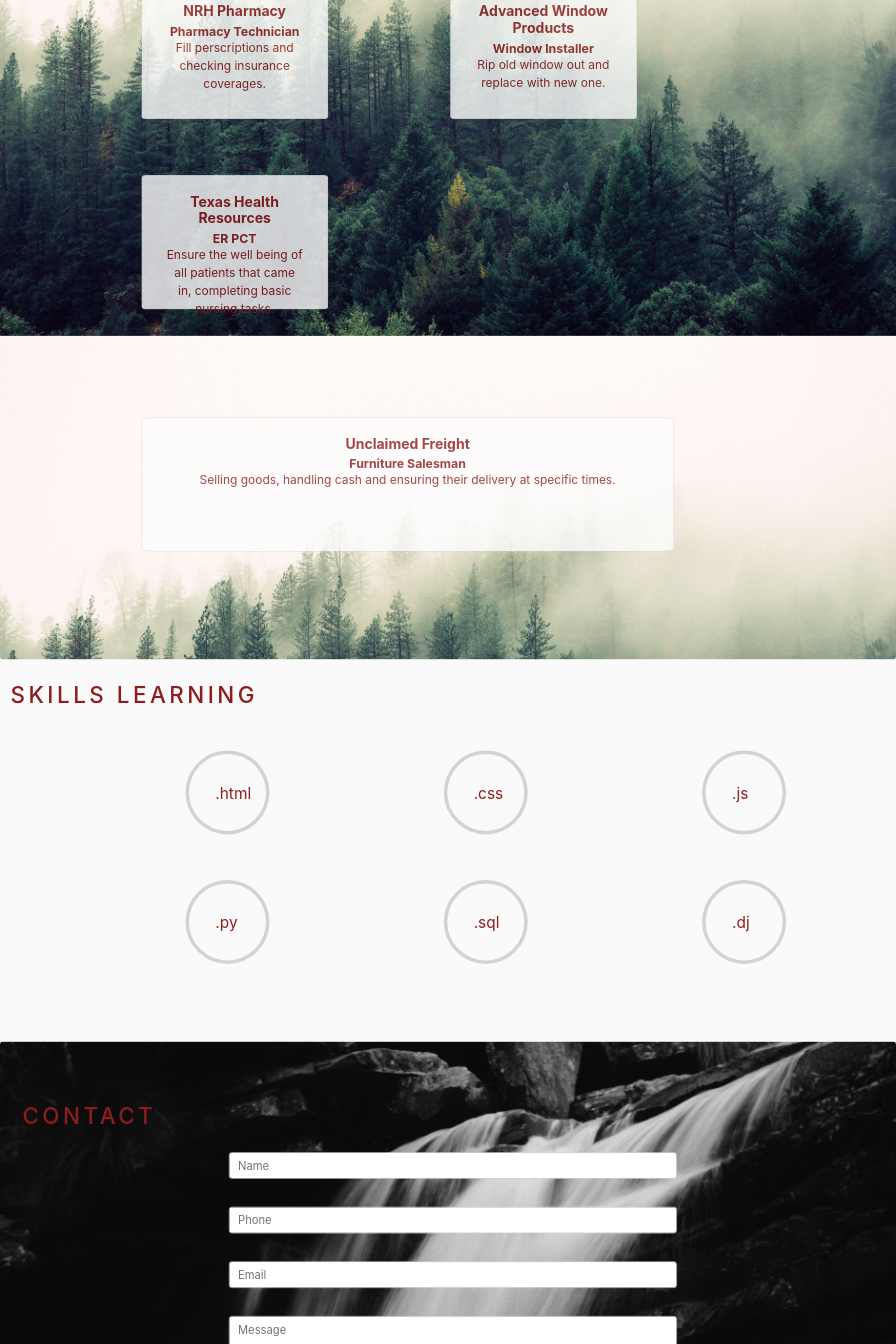
Repository: sshields9591/user-centric-project
Page: index.html
The author's editor kept a record of every edit. The page is drawn from the files as they stood at one moment, then again after the next edit.
The browser window is 1280 px wide. The pictures show the part of the page from y = 1560 to 3480 px (the page is 3962 px tall before and 4111 px after), at 70% of full size.
Backgrounds fixed to the window are drawn as part of the page. Some web libraries are served in a nearby version.

Above is the page before.

### index.html
<!DOCTYPE html>
<html lang="en">

<head>


    <meta charset="UTF-8">
    <meta name="viewport" content="width=device-width, initial-scale=1.0">
    <meta http-equiv="X-UA-Compatible" content="ie=edge">
    <link rel="stylesheet" href="https://maxcdn.bootstrapcdn.com/bootstrap/4.1.3/css/bootstrap.min.css">
    <link rel="stylesheet" href="https://use.fontawesome.com/releases/v5.11.1/css/all.css" integrity="sha384-IT8OQ5/IfeLGe8ZMxjj3QQNqT0zhBJSiFCL3uolrGgKRuenIU+mMS94kck/AHZWu" crossorigin="anonymous">
    <link href="https://fonts.googleapis.com/css?family=Roboto:400,700&display=swap" rel="stylesheet">
    <link rel="stylesheet" href="style.css" type="text/css" />

    <title>Steven Shields Portfolio</title>


</head>


<body>


    <!-------JUMBOTRON / NAVBAR------->


    <div class="jumbotron" id="landing-view">
        <div class="container-fluid">
            <div class="container">
                <nav class="navDefault">
                    <div class="dropdown">
                        <button>Explore</button>
                        <ul class="dropdownMenu">
                            <li class="dropdownItem"><a href="#" class="dropdownLink">About</a></li>
                            <li class="dropdownItem"><a href="#" class="dropdownLink">Work</a></li>
                            <li class="dropdownItem"><a href="#" class="dropdownLink">Skills</a></li>
                            <li class="dropdownItem"><a href="#" class="dropdownLink">Contact</a></li>
                        </ul>
                    </div>
                </nav>
            </div>
            <div class="container top">
                <br>
                <br>
                <br>
                <h1 class="name">Steven Shields</h1>
                <p class="title">Full-Stack Software Developer</p>
            </div>
        </div>
    </div>


    <!-------ABOUT ME------->


    <div id="about-me">
        <div class="container-fluid">
            <div class="row about-row" id="about">
                <br>
                <br>
                <h2>About</h2>
            </div>
            <div class="col">
                <p class="about-p">
                    I am currently an accountant for San Saba Construction doing AR and AP duties. I submit payment applications each month to our customers that we do work with, make sure each of our vendors are paid each month to prevent lien notices from going out on a job which will prohibit any further production of the specific job.
                </p>
                <br>
                <p class="about-p">
                    I am also a student at the Code Institute, learning how to develop and design webpages.
                </p>
                <br>
                <p class="about-p">
                    My plans are to be able to work remotely and have the skills needed to develop and design webpages for companies and individuals.
                </p>
                <br>
                <br>
                <br>
            </div>
        </div>
    </div>


    <!-------WORK------->


    <div class="jumbotron" id="work">
        <div class="container-fluid card-container">
            <div class="col col-md-3 project-cards">
                <div class="card">
                    <div class="card-body">
                        <h5 class="card-title">San Saba Construction</h5>
                        <h6 class="card-subtitle">Accountant</h6>
                        <p class="card-text">Accounts Recieveable and Payable.</p>
                    </div>
                </div>
            </div>
            <div class="col col-md-3 project-cards">
                <div class="card">
                    <div class="card-body">
                        <h5 class="card-title">Code Institute</h5>
                        <h6 class="card-subtitle">Student</h6>
                        <p class="card-text">Learning the skils to develop and design webpages.</p>
                    </div>
                </div>
            </div>
            <div class="col col-md-3 project-cards">
                <div class="card">
                    <div class="card-body">
                        <h5 class="card-title">NRH Pharmacy</h5>
                        <h6 class="card-subtitle">Pharmacy Technician</h6>
                        <p class="card-text">Fill perscriptions and checking insurance coverages.</p>
                    </div>
                </div>
            </div>
            <div class="col col-md-3 project-cards">
                <div class="card">
                    <div class="card-body">
                        <h5 class="card-title">Advanced Window Products</h5>
                        <h6 class="card-subtitle">Window Installer</h6>
                        <p class="card-text">Rip old window out and replace with new one.</p>
                    </div>
                </div>
            </div>
            <div class="col col-md-3 project-cards">
                <div class="card">
                    <div class="card-body">
                        <h5 class="card-title">Texas Health Resources</h5>
                        <h6 class="card-subtitle">ER PCT</h6>
                        <p class="card-text">Ensure the well being of all patients that came in, completing basic nursing tasks.</p>
                    </div>
                </div>
            </div>
            <div class="col col-md-8 project-cards">
                <div class="card">
                    <div class="card-body">
                        <h5 class="card-title">Unclaimed Freight</h5>
                        <h6 class="card-subtitle">Furniture Salesman</h6>
                        <p class="card-text">Selling goods, handling cash and ensuring their delivery at specific times.</p>
                    </div>
                </div>
            </div>
        </div>
    </div>


    <!-------SKILLS------->


    <div class="skills-section" id="skills">
        <div class="container-fluid">
            <div class="row skills-row">
                <br>
                <br>
                <h2>Skills Learning</h2>
            </div>
            <div class="contianer skills-inner">
                <div class="col col-md-3 skill-circle">
                    <div class="arc-container">
                        <div class="arc-overlay">
                            <p class="html">.html</p>
                        </div>
                        <div class="arc-wrapper">
                        </div>
                    </div>
                </div>
                <div class="col col-md-3 skill-circle">
                    <div class="arc-container">
                        <div class="arc-overlay">
                            <p class="css">.css</p>
                        </div>
                        <div class="arc-wrapper">
                        </div>
                    </div>
                </div>
                <div class="col col-md-3 skill-circle">
                    <div class="arc-container">
                        <div class="arc-overlay">
                            <p class="js">.js</p>
                        </div>
                        <div class="arc-wrapper">
                        </div>
                    </div>
                </div>
                <div class="col col-md-3 skill-circle">
                    <div class="arc-container">
                        <div class="arc-overlay">
                            <p class="py">.py</p>
                        </div>
                        <div class="arc-wrapper">
                        </div>
                    </div>
                </div>
                <div class="col col-md-3 skill-circle">
                    <div class="arc-container">
                        <div class="arc-overlay">
                            <p class="sql">.sql</p>
                        </div>
                        <div class="arc-wrapper">
                        </div>
                    </div>
                </div>
                <div class="col col-md-3 skill-circle">
                    <div class="arc-container">
                        <div class="arc-overlay">
                            <p class="django">.dj</p>
                        </div>
                        <div class="arc-wrapper">
                        </div>
                    </div>
                </div>
            </div>
        </div>
    </div>


    <!-------CONTACT------->


    <div class="jumbotron" id="contact">
        <div class="container-fluid">
            <div class="col contact-form">
                <br>
                <h2 class="contact-head" id="contact-head">Contact</h2>
                <br>
                <form class="contact">
                    <div class="row">
                        <div class="form-group">
                            <input type="text" class="form-control" id="exampleInputName" name="Name" placeholder="Name" required/>
                        </div>
                    </div>
                    <br>
                    <div class="row">
                        <div class="form-group">
                            <input type="text" class="form-control" id="exampleInputPhone" name="Phone" placeholder="Phone">
                        </div>
                    </div>
                    <br>
                    <div class="row">
                        <div class="form-group">
                            <input type="email" class="form-control" id="exampleInputEmail1" name="Email" placeholder="Email" required>
                        </div>
                    </div>
                    <br>
                    <div class="row">
                        <div class="form-group message">
                            <textarea class="form-control" name="message" rows="6" placeholder="Message" required></textarea>
                        </div>
                    </div>
                    <br>
                    <input type="submit" value="Send" class="btn btn-default">
                </form>
            </div>
        </div>
    </div>


    <!-------FOOTER------->


    <footer>
        <div class="container-fluid">
            <div class="row foot">
                <div class="col icons">
                    <a href="https://www.linkedin.com/in/steven-shields-64689118a/"><i class="fab fa-linkedin-in alignment"></i></a>
                    <a href="https://www.github.com/sshields9591"><i class="fab fa-github alignment"></i></a>
                    <a href="resume.docx"><i class="fas fa-file-download alignment"></i></a>
                    <a href="#" style='padding-right: 0px'><i class="fab fa-facebook alignment"></i></a>
                </div>
            </div>
        </div>
    </footer>


    <!-------------->


    <script src="https://code.jquery.com/jquery-3.2.1.slim.min.js" integrity="sha384-KJ3o2DKtIkvYIK3UENzmM7KCkRr/rE9/Qpg6aAZGJwFDMVNA/GpGFF93hXpG5KkN" crossorigin="anonymous"></script>
    <script src="https://cdnjs.cloudflare.com/ajax/libs/popper.js/1.12.9/umd/popper.min.js" integrity="sha384-ApNbgh9B+Y1QKtv3Rn7W3mgPxhU9K/ScQsAP7hUibX39j7fakFPskvXusvfa0b4Q" crossorigin="anonymous"></script>
    <script src="https://maxcdn.bootstrapcdn.com/bootstrap/4.0.0/js/bootstrap.min.js" integrity="sha384-JZR6Spejh4U02d8jOt6vLEHfe/JQGiRRSQQxSfFWpi1MquVdAyjUar5+76PVCmYl" crossorigin="anonymous"></script>



</body>


</html>

### style.css
body {
    background-color: #fafafa;
    color: #8e1c1c;
}


/*-------NAVBAR-------*/

.navDefault {
    position: fixed;
    top: 0;
    right: 0;
    background-color: transparent;
}

button {
    border: none;
    background-color: #8e1c1c;
    width: 100px;
    height: 50px;
    color: #fff;
    text-transform: uppercase;
    cursor: pointer;
}

.dropdownMenu {
    list-style: none;
    margin: 0;
    padding: 0;
    position: absolute;
    left: 0;
    right: 0;
    top: 50;
    z-index: -1;
    width: 100px;
    box-shadow: 0px 6px 10px 0px rgba(0, 0, 0, 0.2);
    text-align: center;
    transform: translateY(-100%);
    transition: transform .5s ease-in-out;
}

.dropdownLink {
    text-decoration: none;
    display: block;
    background-color: #fafafa;
    color: #8e1c1c;
    padding: 10px 5px;
    transition: background-color .5s ease-in-out, color .5s ease-in-out;
}

.dropdownLink:hover {
    color: #fff;
    background-color: #8e1c1c;
}

.dropdown {
    width: 100px;
    position: relative;
}

.dropdown:hover button {
    background-color: #8e1c1c;
}

.dropdown:hover .dropdownMenu {
    transform: translateY(0);
}


/*-------JUMBOTRON-------*/

#landing-view {
    background-image: url(images/landing.jpg);
    background-attachment: fixed;
    background-position: center;
    background-size: cover;
    height: 100vh;
    background-repeat: no-repeat;
}

.top {
    padding-left: 12px;
    text-align: center;
}

h1 {
    padding-top: 5%;
    font-size: 5em;
}

.jumbotron p {
    font-size: 2.5em;
}


/*-------ABOUT ME-------*/

.about-row {
    padding-top: 10px;
    font-size: 1.75em;
    line-height: 2;
}

h2 {
    margin-left: 15px;
    letter-spacing: 5px;
    text-transform: uppercase;
}

.about-p {
    font-size: 1.2em;
}


/*-------WORK-------*/

#work {
    background-image: url(images/tree-fog.jpg);
    background-attachment: fixed;
    background-position: center;
    background-repeat: no-repeat;
    background-size: cover;
    padding-top: 40px;
    padding-bottom: 40px;
}

.project-cards {
    display: inline-table;
    justify-content: center;
    align-items: center;
}

.card {
    background-color: #fdfdfd;
    border-radius: 2.5%;
    height: 16em;
    top: 50%;
    margin: 15% auto;
    padding: 15px;
    align-items: center;
    z-index: 2;
    display: block;
    opacity: 0.8;
}

.card-body {
    text-align: center;
    padding-top: 10px;
}

.card-title {
    font-size: 1.25em;
    font-weight: bold;
}

.card-subtitle {
    font-size: 1.1em;
    font-weight: bold;
}

.card-body .card-text {
    font-size: 1.07em;
}


/*-------SKILLS-------*/

#skills {
    position: relative;
    top: 12%;
    padding-bottom: 96px;
}

.skills {
    margin-top: 70px;
}

.skills-inner {
    margin-left: 30px;
}

.skill-circle {
    display: inline-table;
    margin-bottom: 55px;
    padding-left: 18%;
}

.arc-wrapper {
    width: 120px;
    height: 120px;
    border-radius: 150px;
    background: #d3d3d3;
    overflow: hidden;
    left: 0px;
    top: 50px;
    position: absolute;
}

.arc-overlay {
    width: 110px;
    height: 110px;
    background-color: #fafafa;
    padding-left: 20px;
    padding-top: 6px;
    box-sizing: border-box;
    -moz-box-sizing: border-box;
    line-height: 100px;
    font-weight: 400;
    text-shadow: 0 1px 0 #fff;
    font-size: 22px;
    border-radius: 100px;
    position: absolute;
    z-index: 5;
    top: 55px;
    left: 5px;
}

.arc-container {
    position: relative;
    height: 130px;
    width: 130px;
}

.html {
    padding-left: 18px;
}

.css {
    padding-left: 18px;
}

.js {
    padding-left: 18px;
}

.py {
    padding-left: 18px;
}

.sql {
    padding-left: 18px;
}

.django {
    padding-left: 18px;
}


/*-------CONTACT-------*/

#contact {
    background-attachment: fixed;
    background-image: url('images/river.jpg');
    background-position: center;
    background-size: cover;
    height: 115vh;
    width: 100vw;
    background-repeat: no-repeat;
}

.contact-form {
    position: relative;
    top: 6%;
}

.contact {
    margin-left: 30px;
}

#contact-head {
    margin-left: -30px;
}

.btn {
    background-color: #8e1c1c;
    color: #fff;
    margin-left: 50px;
}


/*-------FOOTER-------*/

footer {
    border-color: transparent;
    text-align: center;
}

.foot {
    margin-bottom: 20px;
}

a {
    padding: 5px 5px 15px 15px;
    background-color: transparent;
}

.alignment {
    line-height: 2px;
}

i {
    display: inline-block;
    color: #8f8f8f;
    width: 41px;
    height: 25px;
    font-size: 28px;
    text-align: center;
    margin-top: 2.5px;
    margin-bottom: 2.5px;
}


/*-------MEDIA QUERIES------*/

@media (min-width: 768px) and (max-width: 1024px) {

    /*--JUMBOTRON--*/

    .name {
        padding-top: 0px;
    }

    h1 {
        font-size: 10em;
    }

    .jumbotron p {
        font-size: 4em;
    }

    /*--ABOUT--*/

    .about-p {
        font-size: 1.8em;
    }

    /*--WORK--*/

    .card-container {
        width: 77vw;
    }

    .card {
        height: 12em;
        padding: 8px;
    }

    .project-cards {
        margin-left: 60px;
    }

    /*--SKILLS--*/

    .skill-circle {
        margin-left: 30px;
        padding-left: 30px;
    }

    /*--CONTACT--*/

    #contact {
        padding: 0px 10px;
        height: 100vh;
    }

    .contact {
        margin-top: 60px;
    }

    .contact-head {
        margin-left: -30px;
    }

    .form-control {
        width: 50vw;
    }

    .form-group {
        padding: 0px;
        margin-left: 190px;
        margin-bottom: 20px;
    }

    .btn {
        margin-left: 400px;
    }
}

@media (min-width: 1025px) {

    /*--JUMBOTRON--*/

   .name{
       padding-top: 0px;
   }

    h1 {
        font-size: 10em;
    }

    .jumbotron p {
        font-size: 4em;
    }

    /*--WORK--*/

    .project-cards {
        margin-left: 140px;
    }

    .card {
        height: 12em;
    }

    /*--CONTACT--*/

    .form-group {
        margin-left: 250px;
    }

    .form-control {
        width: 50vw;
    }
    .btn {
        margin-left: 550px;
    }

    /*--FOOTER--*/

    footer {
        margin-right: 60px;
    }

    i {
        margin-right: 50px;
    }
}

After the next edit:
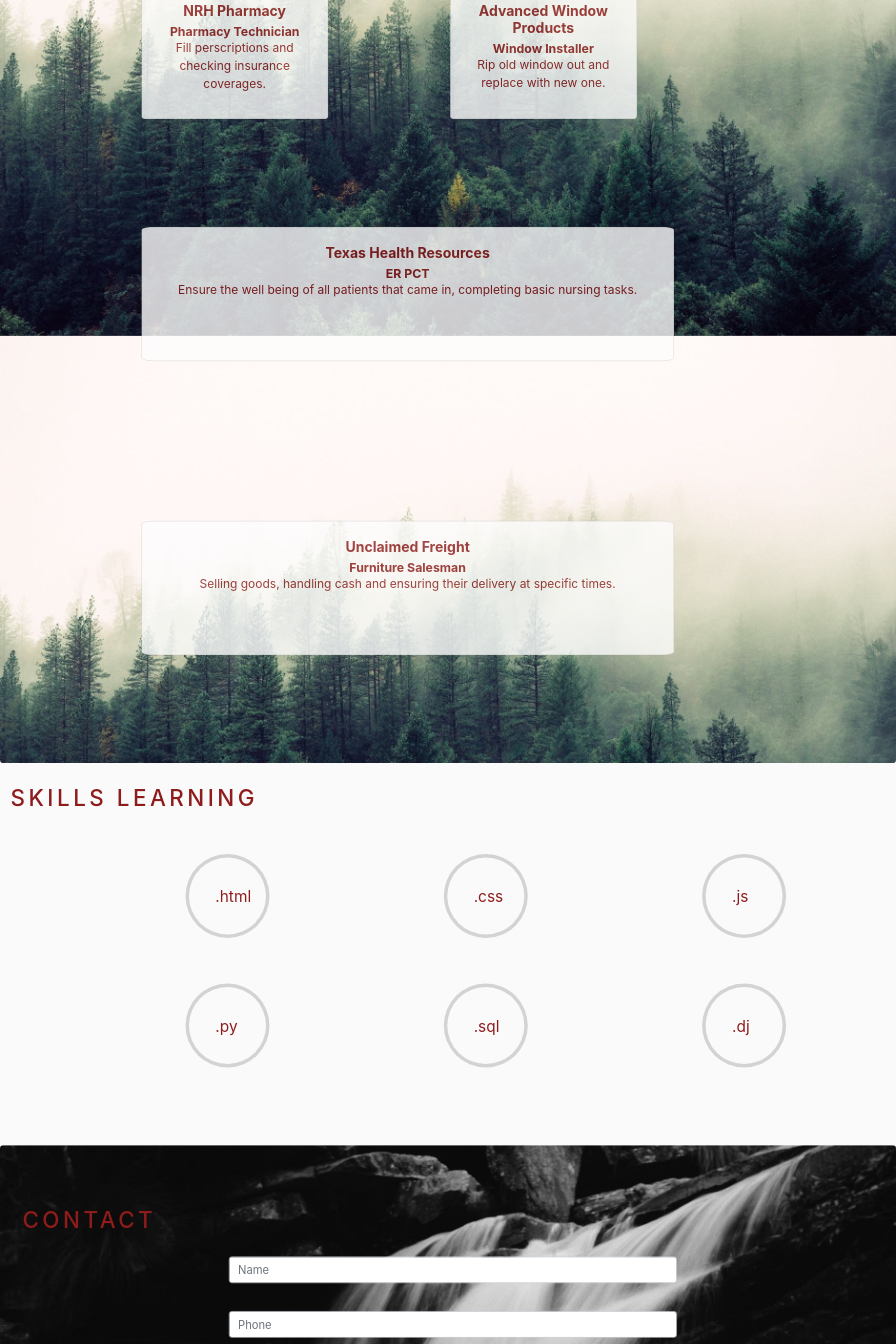
The edit:
--- a/index.html
+++ b/index.html
@@ -121,7 +121,7 @@
                     </div>
                 </div>
             </div>
-            <div class="col col-md-3 project-cards">
+            <div class="col col-md-8 project-cards">
                 <div class="card">
                     <div class="card-body">
                         <h5 class="card-title">Texas Health Resources</h5>
